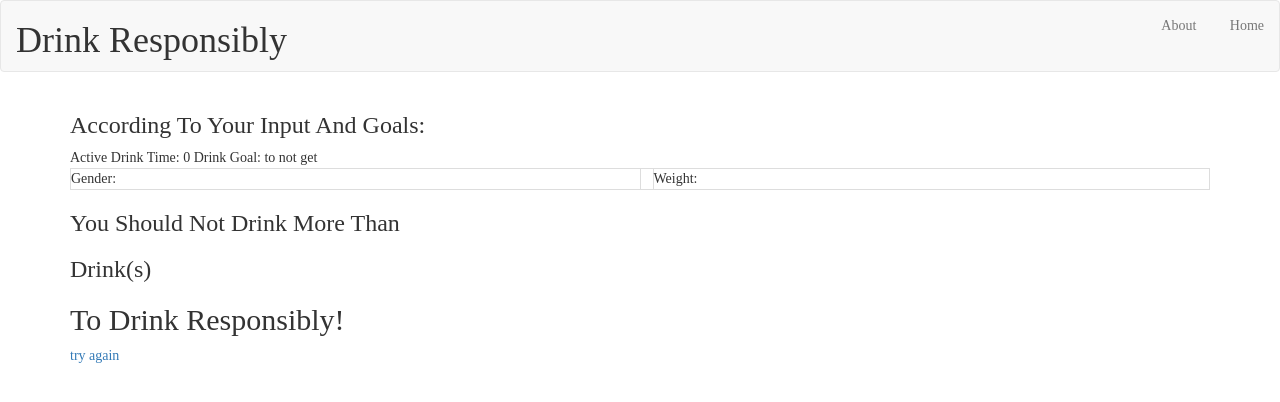
Repository: NatNat180/DrinkResponsibly
Page: http://localhost/DrinkResponsibly/calculate-drink-amount
These files come from the project's save history. The page is drawn as it stood at one moment and after the next save; the edit follows.
The browser window is 1280 px wide. The pictures show the whole page.
Some web fonts or font styles are not loaded; a fallback is used. The page is served by Tomcat 9.

Above is the page before, as saved 2016-04-07 16:17:54.

After the next save:
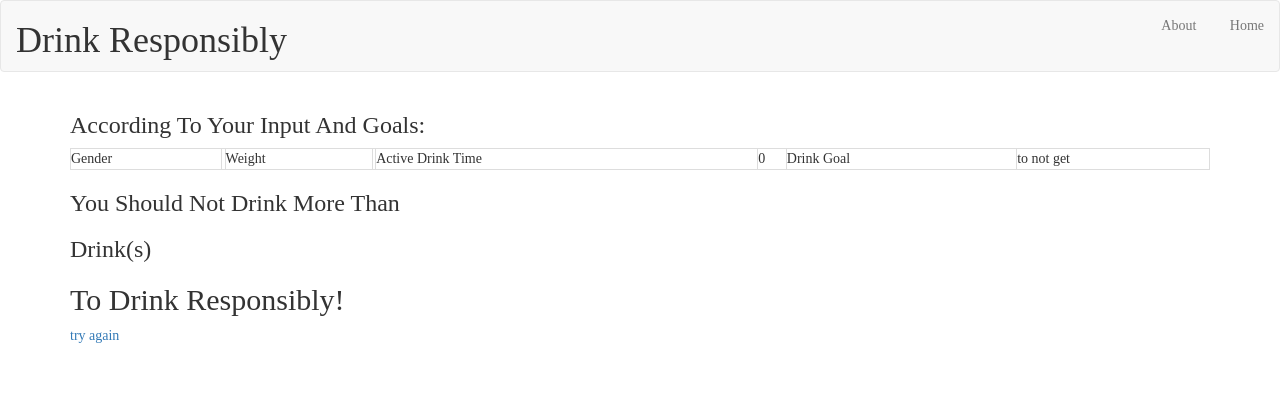
Saved 74 s later.
--- a/DrinkResponsibly/WebContent/WEB-INF/results.jsp
+++ b/DrinkResponsibly/WebContent/WEB-INF/results.jsp
@@ -16,10 +16,14 @@
 <h3>According To Your Input And Goals:</h3>
 <table class="table-bordered" style="width: 100%;">
 <tr>
-	<td>Gender:</td> <td><c:out value="${gender}"></c:out></td>
-	<td>Weight: <c:out value="${weight}"></c:out></td>
-	Active Drink Time: <c:out value="${drink-time}"></c:out>
-	Drink Goal: to not get <c:out value="${goal}"></c:out>
+	<td>Gender</td>
+	<td><c:out value="${gender}"></c:out></td>
+	<td>Weight</td>
+	<td><c:out value="${weight}"></c:out></td>
+	<td>Active Drink Time</td>
+	<td><c:out value="${drink-time}"></c:out></td>
+	<td>Drink Goal</td>
+	<td>to not get <c:out value="${goal}"></c:out></td>
 </table>
 
 <h3>You Should Not Drink More Than</h3>
